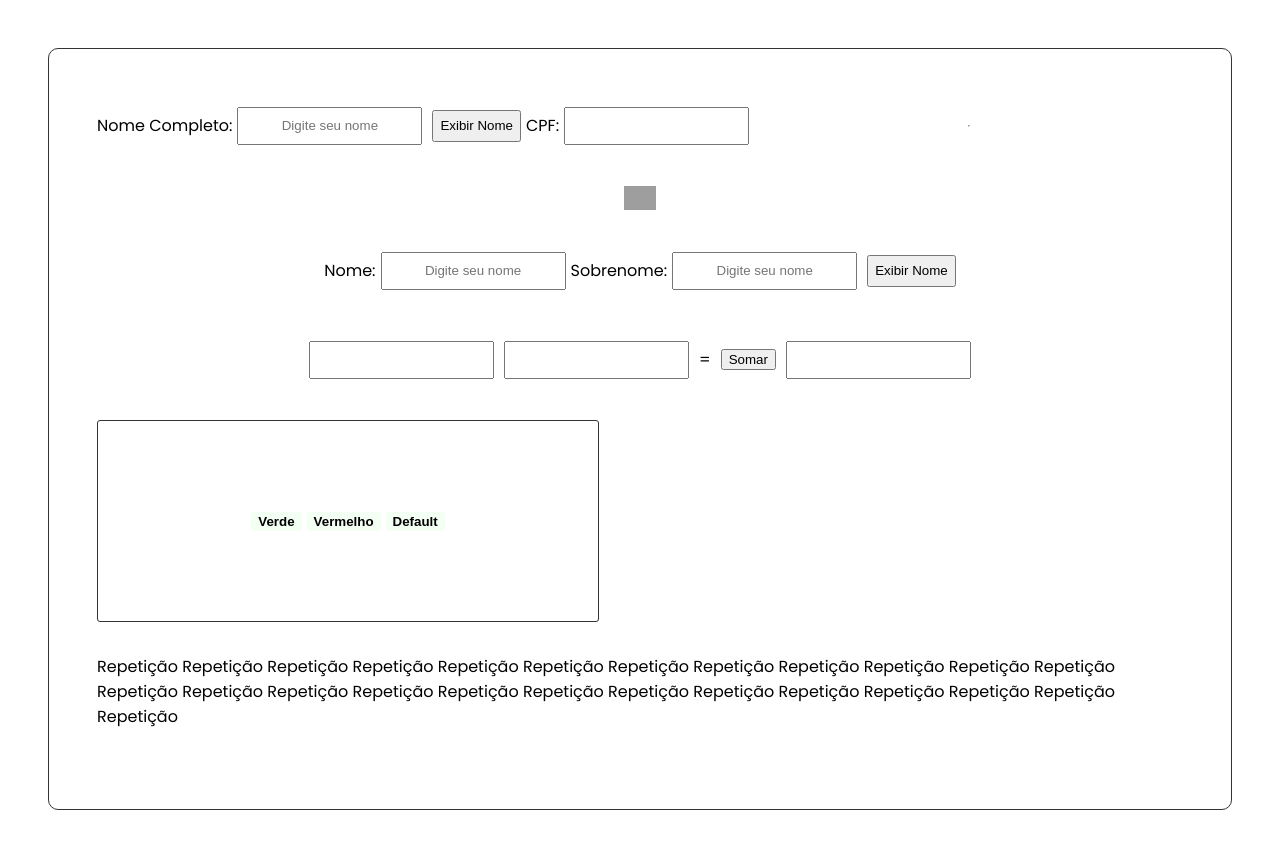
Repository: guilhermecardoso93/exerciciosjs
Page: index.html
These files come from the project's save history. The page is drawn as it stood at one moment and after the next save; the edit follows.
The browser window is 1280 px wide. The pictures show the whole page.
Pictures or frames that could not be fetched are drawn as grey boxes.

Above is the page before, as saved 2023-05-21 16:39:05.

After the next save:
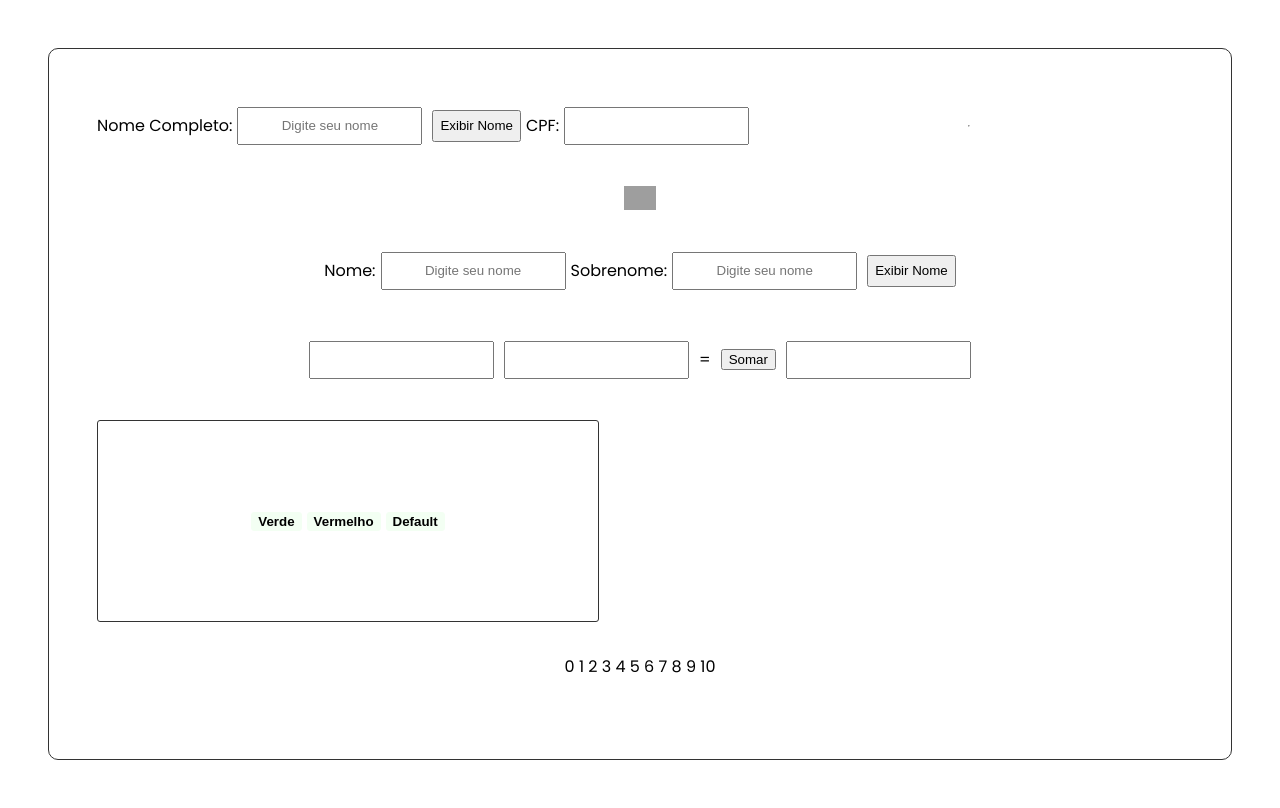
Saved 52 s later.
--- a/script.js
+++ b/script.js
@@ -46,3 +46,11 @@ do {
 } while (contador < 5);
 
 divResultado.textContent = repeticao;
+
+var numeros = '';
+
+for (var i = 0; i <= 10; i++) {
+  numeros += i + ' ';
+}
+
+divResultado.textContent = numeros;
